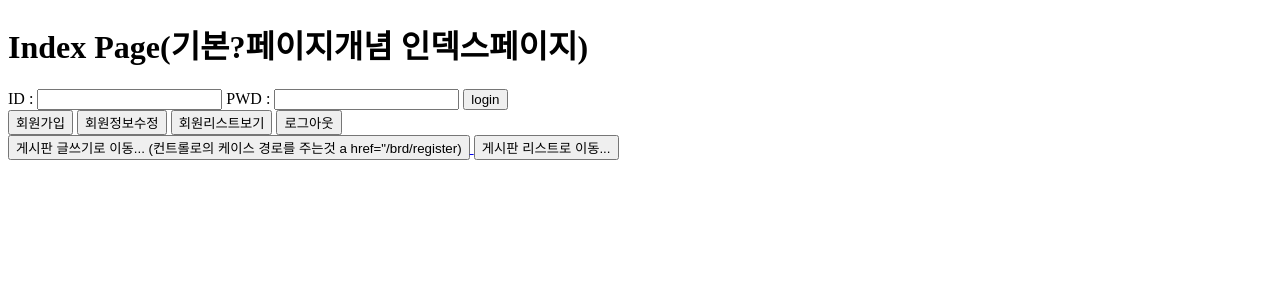
Repository: gatsby5959/_jsp_workspace_brd-mem_copy
Page: http://localhost/jsp_BoardMember/
The author's editor kept a copy of each file at every save. The page is drawn from the files as they stood at one save, then again after the next save.
The browser window is 1280 px wide. The pictures show the whole page.
The page is served by Tomcat 9.

Above is the page before, as saved 2023-09-08 07:57:20.

After the next save:
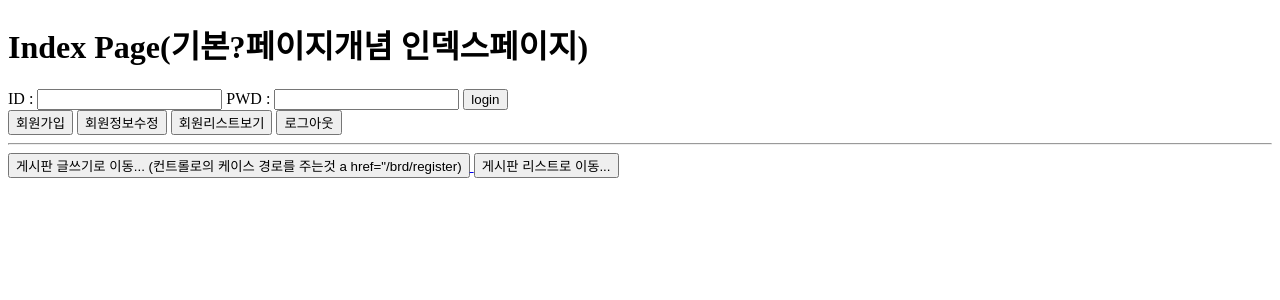
Saved 18 s later.
--- a/jsp_BoardMember/src/main/webapp/index.jsp
+++ b/jsp_BoardMember/src/main/webapp/index.jsp
@@ -44,7 +44,9 @@
 
 		<a href="#"><button>회원리스트보기</button></a>
 
-			<a href="#"><button>로그아웃</button></a> <br>
+			<a href="#"><button>로그아웃</button></a>
+			 <br>
+			<hr>
 
 	<!-- .jsp파일에서는 컨트롤러를 거치게 하려면 /brd/를 일단 쓴다 컨트롤러에 @WebServlet("/brd/*") 써놓았다. .jsp파일중 모든 /brd/는 잡히면 컨트롤러가 읽을 예정이다. -->
 	<a href="/brd/register"><button>게시판 글쓰기로 이동... (컨트롤로의 케이스 경로를 주는것 a href="/brd/register)</button> </a>
